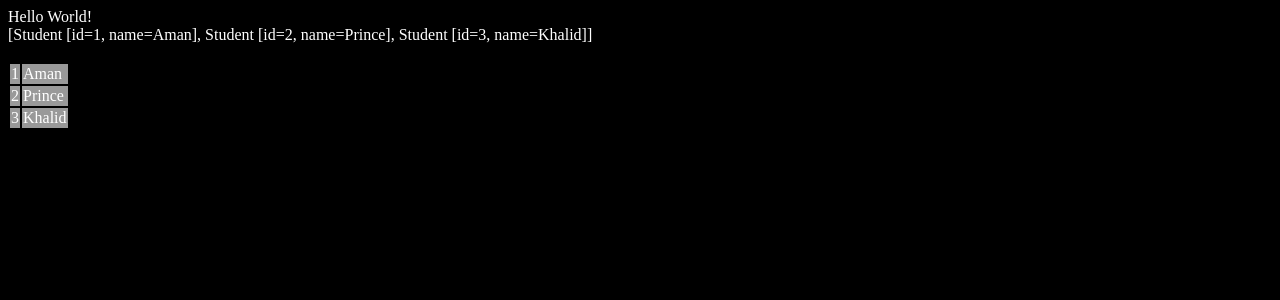
Repository: md-aman-git/Java-Repo-Epam
Page: http://localhost/JSTLDemo/DemoJstl
These files come from the project's save history. The page is drawn as it stood at one moment and after the next save; the edit follows.
The browser window is 1280 px wide. The pictures show the whole page.
The page is served by Tomcat 9.

Above is the page before, as saved 2022-03-07 16:34:03.

### JspServlet/JSTLDemo/src/main/webapp/display.jsp
<%@ page language="java" contentType="text/html; charset=ISO-8859-1"
    pageEncoding="ISO-8859-1"%>
<!-- i have also first included library of jstl then will be able to use uri -->
<%@ taglib prefix="c" uri="http://java.sun.com/jsp/jstl/core" %>
<!DOCTYPE html>
<html>
<head>
<meta charset="ISO-8859-1">
<title>Insert title here</title>
<style type="text/css">
body {
color: #fff;
background: #000;
}
table {
}
td {
background: #999;
}
</style>
</head>
<body>
	Hello World! <br>
	<div>${students}</div><br>
	<table>
	<c:forEach items="${students}" var="stud">
		<tr>
			<td>${stud.getId()}</td>
			<td>${stud.getName()}</td>
		</tr>
	</c:forEach>
	</table>
</body>
</html>

### JspServlet/JSTLDemo/src/main/java/com/epam/jstldemo/MyServlet.java
package com.epam.jstldemo;

import java.io.IOException;
import java.util.Arrays;
import java.util.List;

import javax.servlet.RequestDispatcher;
import javax.servlet.ServletException;
import javax.servlet.annotation.WebServlet;
import javax.servlet.http.HttpServlet;
import javax.servlet.http.HttpServletRequest;
import javax.servlet.http.HttpServletResponse;

import com.epam.jstldemo.entity.Student;

@WebServlet("/DemoJstl")
public class MyServlet extends HttpServlet {
	public void doGet(HttpServletRequest request, HttpServletResponse response) throws ServletException, IOException {
		//String name = "Aman";
		Student student1 = new Student(1, "Aman");
		Student student2 = new Student(2, "Prince");
		Student student3 = new Student(3, "Khalid");
		List<Student> studs = Arrays.asList(student1, student2, student3);
		request.setAttribute("students", studs);
		RequestDispatcher rd = request.getRequestDispatcher("display.jsp");
		rd.forward(request, response);
	}
}

### JspServlet/JSTLDemo/src/main/java/com/epam/jstldemo/entity/Student.java
package com.epam.jstldemo.entity;

public class Student {
	private int id;
	private String name;

	public Student(int id, String name) {
		this.id = id;
		this.name = name;
	}
	public int getId() {
		return id;
	}
	public void setId(int id) {
		this.id = id;
	}
	public String getName() {
		return name;
	}
	public void setName(String name) {
		this.name = name;
	}
	@Override
	public String toString() {
		return "Student [id=" + id + ", name=" + name + "]";
	}

}

After the next save:
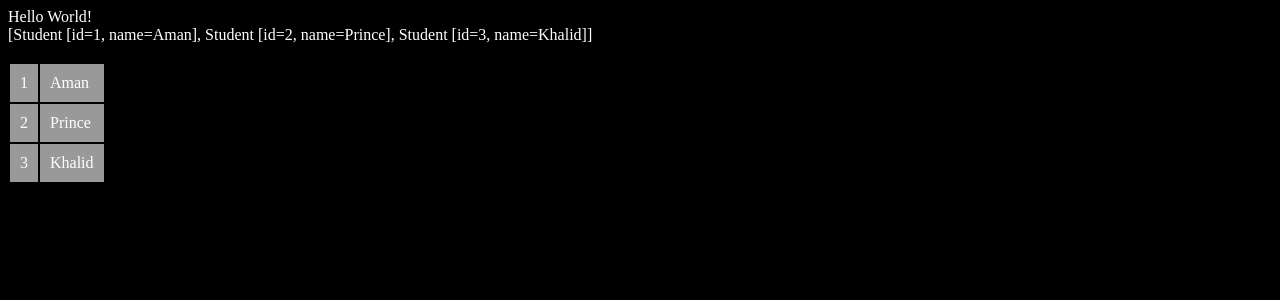
Saved 14 s later.
--- a/JspServlet/JSTLDemo/src/main/webapp/display.jsp
+++ b/JspServlet/JSTLDemo/src/main/webapp/display.jsp
@@ -16,6 +16,7 @@ table {
 }
 td {
 background: #999;
+padding: 10px;
 }
 </style>
 </head>
